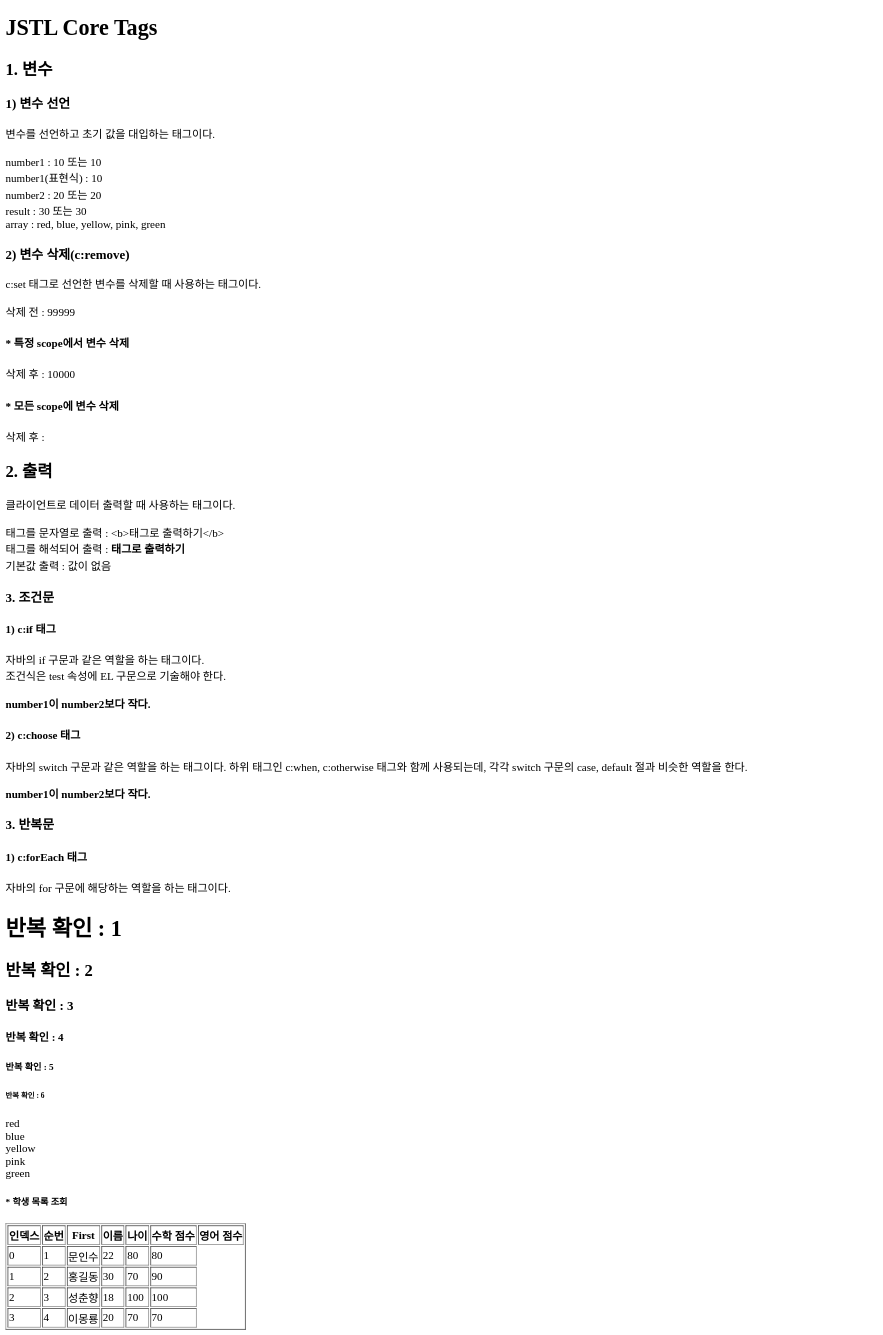
Repository: Parknogyung/Backend
Page: http://localhost/03_EL_JSTL/views/actiontag/jstl/core.jsp
An editor plug-in stored every save of this project. The page is shown before and after the next save, followed by the edit.
The browser window is 1280 px wide. The pictures show the whole page, at 69% of full size.
The page is served by Tomcat 9.

Above is the page before, as saved 2022-07-13 05:17:47.

After the next save:
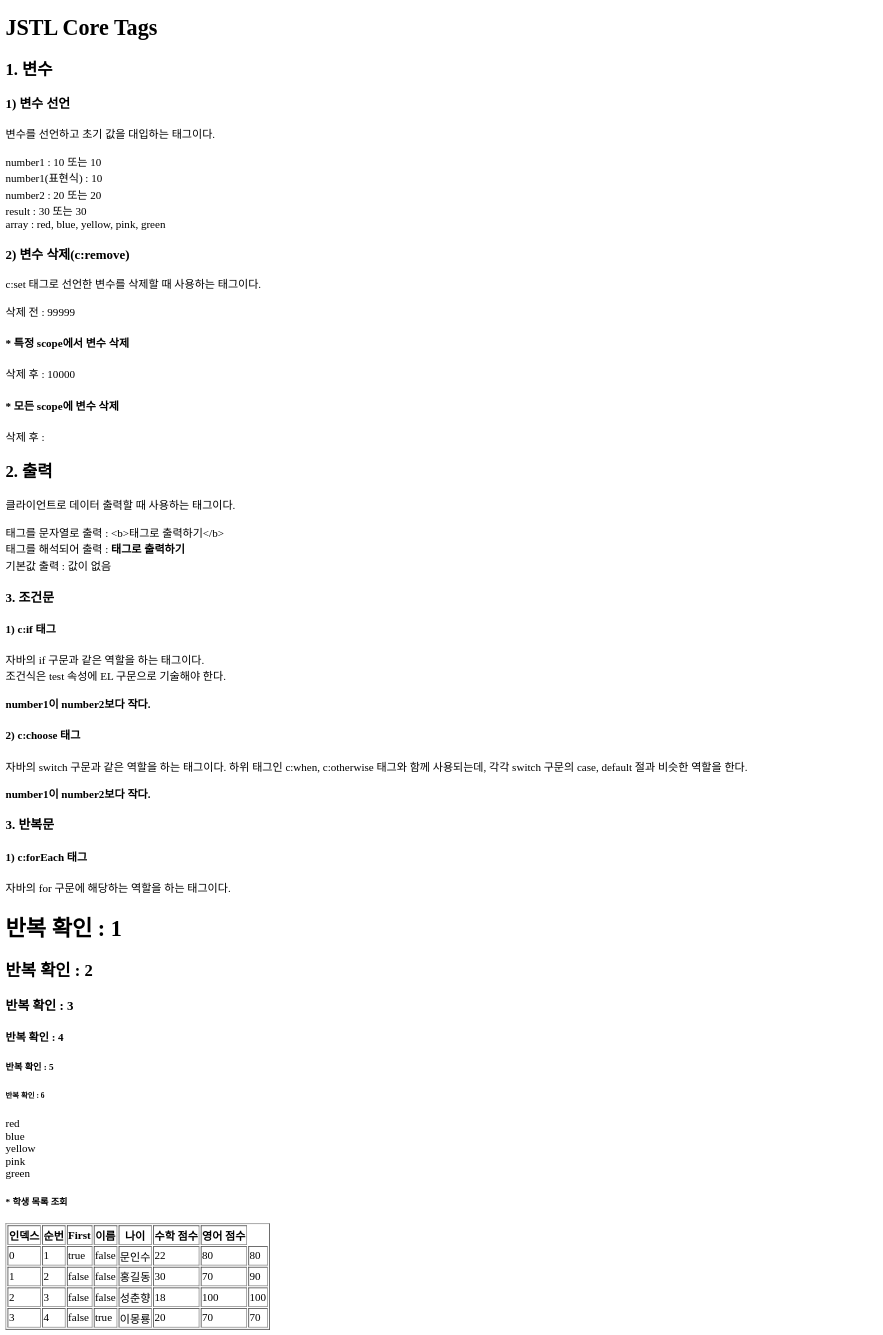
Saved 12 s later.
--- a/03_EL_JSTL/src/main/webapp/views/actiontag/jstl/core.jsp
+++ b/03_EL_JSTL/src/main/webapp/views/actiontag/jstl/core.jsp
@@ -138,6 +138,8 @@
 			<tr>
 				<td>${status.index }</td>
 				<td>${status.count }</td>
+				<td>${status.first }</td>
+				<td>${status.last }</td>
 				<td>${student.name } </td>
 				<td>${student.age }</td>
 				<td>${student.math }</td>
